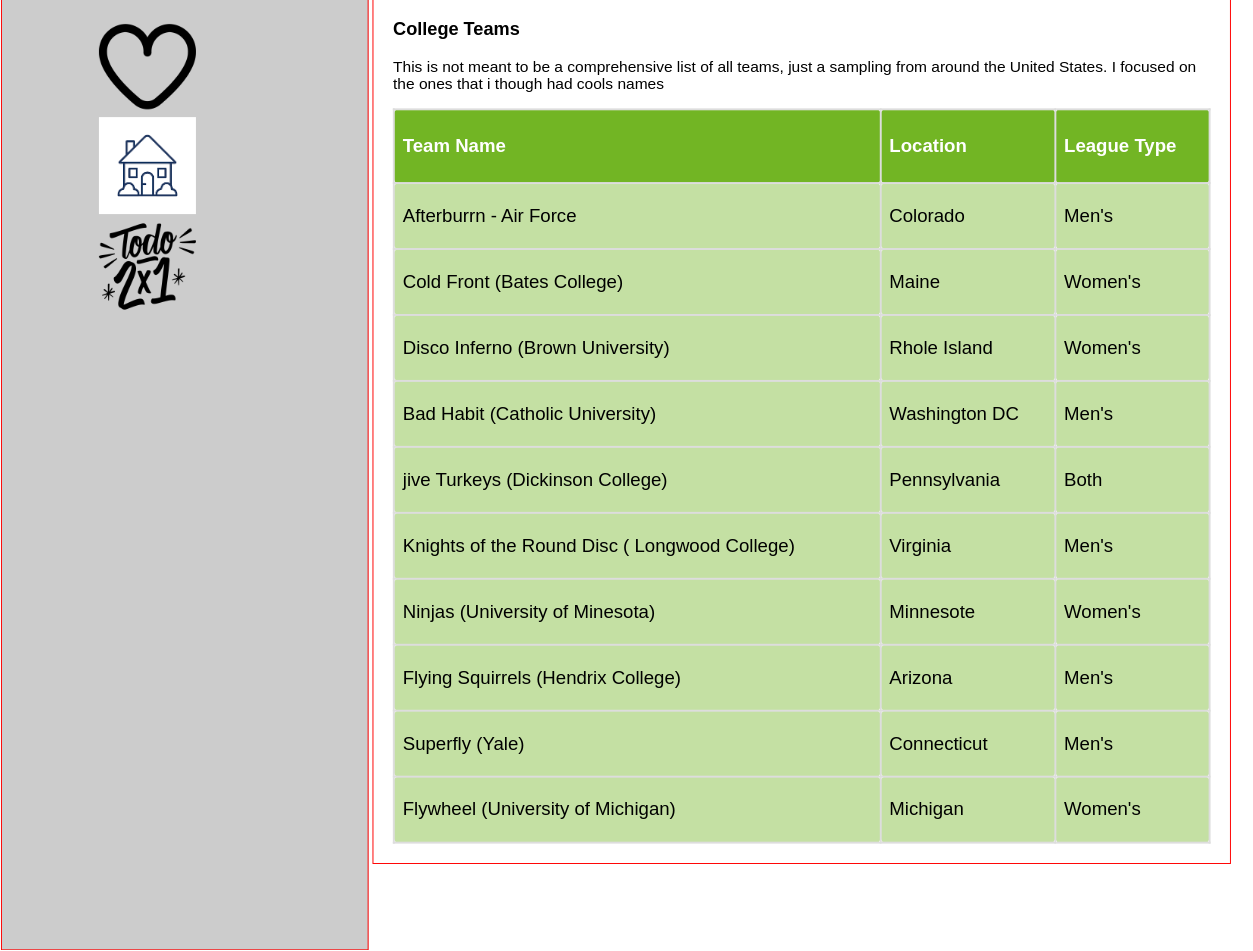
Repository: Tram-anh99/Blockchain_Funix
Page: CSS/Lab6_2.html
These files come from the project's save history. The page is drawn as it stood at one moment and after a run of saves; the edit follows.
The browser window is 1280 px wide. The page is 1292 px wide, so the pictures cover 1292 px, including what lies to the right of the window. The pictures show the part of the page from y = 176 to 1156 px (the page is 1156 px tall), at 97% of full size.

Above is the page before, as saved 2023-07-20 00:40:48.

After the next 4 saves:
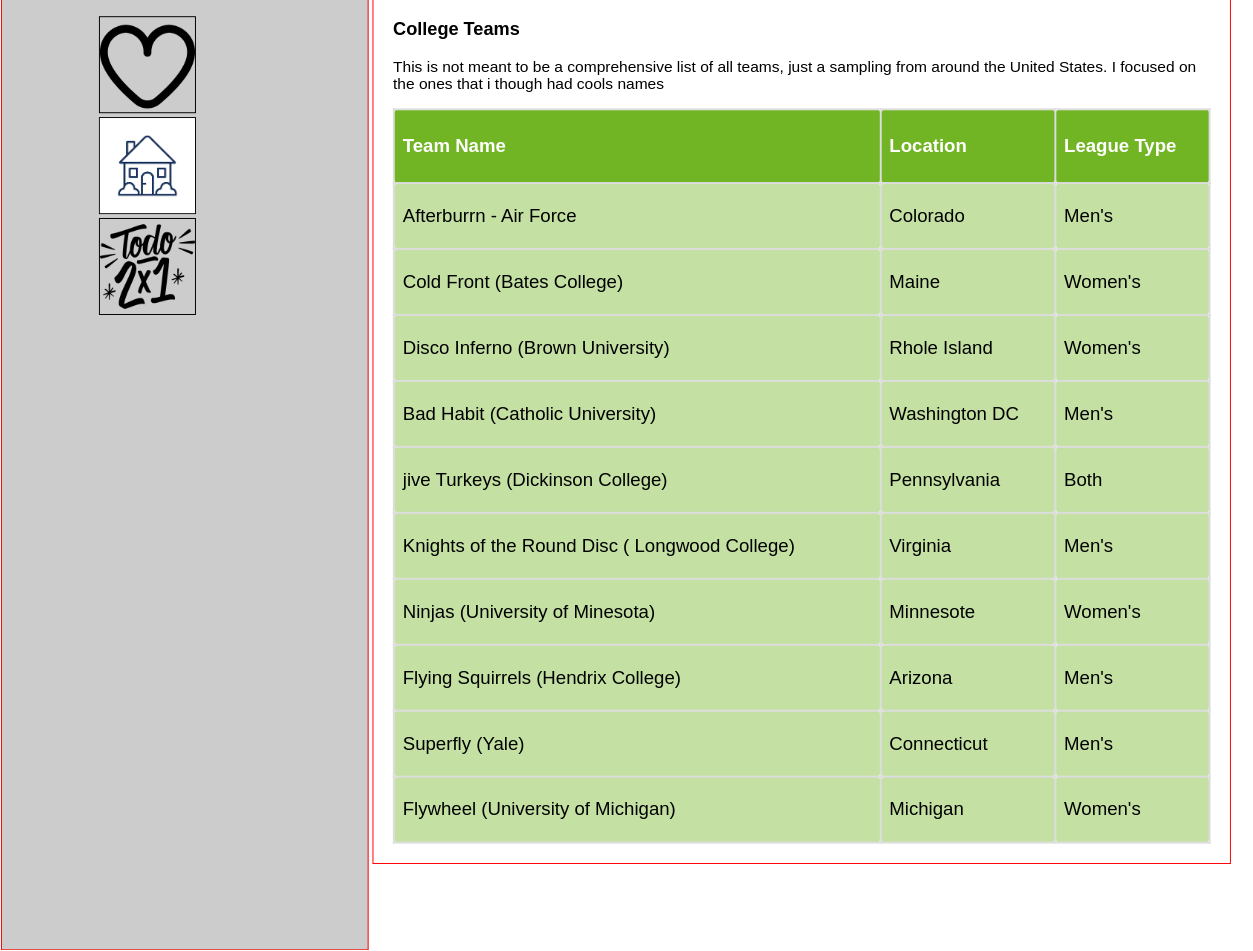
The 4 saves are shown as one change because they came seconds apart.
The last was saved 12 s later.
--- a/CSS/Lab6_2.css
+++ b/CSS/Lab6_2.css
@@ -90,5 +90,5 @@
 img{
       width: 100px;
       height: 100px;
-      border: ;
+      border: 1px solid ;
 }
